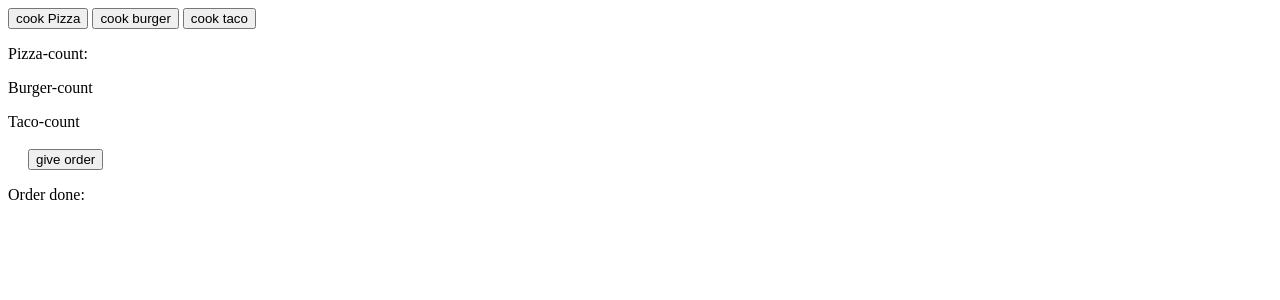
Repository: alexey100196/task-work
Page: food_class/index.html
The author's editor kept a copy of each file at every save. The page is drawn from the files as they stood at one save, then again after the next save.
The browser window is 1280 px wide. The pictures show the whole page.

Above is the page before, as saved 2019-06-10 11:00:42.

### food_class/index.html
<!DOCTYPE html>
<html lang="en">

<head>
  <meta charset="UTF-8">
  <meta name="viewport" content="width=device-width, initial-scale=1.0">
  <meta http-equiv="X-UA-Compatible" content="ie=edge">
  <title>Document</title>
  <link rel="stylesheet" href="style.css">
</head>

<body>
  <button id="cook-pizza" class="lang-btn" data='0'>
    cook Pizza
  </button>
  <button id="cook-burger" class="lang-btn" data='1'>
    cook burger
  </button>
  <button id="cook-taco" class="lang-btn" data='2'>
    cook taco
  </button>

  <p>Pizza-count: <span class="cook_count cook_count-pizza"></span></p>
  <p>Burger-count <span class="cook_count cook_count-burger"></span>
  <p>Taco-count <span class="cook_count cook_count-taco"></span> <br> <br>
      <input class="btn_order" type="button" value="give order">

      <p>Order done: <span id="orderDone"></span></p>

      <script src='script.js'></script>
</body>

</html>

### food_class/style.css
input[type=button] {
  margin-left: 20px;
}

### food_class/script.js

class Food {
    constructor(name , price, ingredients) {
      this.name = name;
      this.price = price;
      this.ingredients = ingredients;
    }
    addCount() {
      this.count++
      console.log(`${this.count}`)
    }
    orderIsReady() {
      console.log(`start cooking ${this.name}:`)
      setTimeout(() => {
        console.log(`${this.name} cooked`)
        this.count++
        console.log(`${this.name}: ${this.count}`)
      }, this.cookTime)
    }
    addPizzaCount() {
      setTimeout(() => {
        document.querySelector('.cook_count-pizza').innerHTML = this.count
      }, this.cookTime)
  }
    addBurgerCount() {
      setTimeout(() => {
        document.querySelector('.cook_count-burger').innerHTML = this.count
      }, this.cookTime)
    }
    addTacoCount() {
      setTimeout(() => {
        document.querySelector('.cook_count-taco').innerHTML = this.count
      }, this.cookTime)
  }
  giveOrder() {
    let sumCount = +document.querySelector('.cook_count-pizza').innerHTML + +document.querySelector('.cook_count-burger').innerHTML + +document.querySelector('.cook_count-taco').innerHTML;
    document.querySelector('#orderDone').innerHTML = sumCount
    setTimeout(() => {
      document.querySelector('.cook_count-pizza').innerHTML =  this.count = 0
      document.querySelector('.cook_count-burger').innerHTML =  this.count = 0
      document.querySelector('.cook_count-taco').innerHTML =  this.count = 0
    }, 100)
    console.log(sumCount)
  }
}
class Pizza extends Food {
  constructor(name , price, ingredients, count, cookTime = 1500) {
    super (name, price, ingredients,);
    this.count = count;
    this.cookTime = cookTime
  }
}
class Burger extends Food {
  constructor(name , price, ingredients, count, cookTime = 500) {
    super (name, price, ingredients);
    this.count = count;
    this.cookTime = cookTime
  }
}
class Taco extends Food {
  constructor(name , price, ingredients, count, cookTime = 1000) {
    super (name, price, ingredients);
    this.count = count;
    this.cookTime = cookTime
  }
}
let pizza = new Pizza('pizza', 14, ['mozzarella ' , 'papironi', 'lamborginy'], 0);
let burger = new Burger('Burger', 10, ['bred ' , 'cheese', 'cucumber'], 0);
let taco = new Taco('Taco', 12,  ['arr1 ' , 'arr2', 'arr3'], 0);

document.querySelector('#cook-pizza').addEventListener('click', function(){
    pizza.orderIsReady()
    pizza.addPizzaCount()
  });
document.querySelector('#cook-burger').addEventListener('click', function() {
    burger.orderIsReady()
    burger.addBurgerCount()
  })
document.querySelector('#cook-taco').addEventListener('click',  function() {
    taco.orderIsReady()
    taco.addTacoCount()
  });

let textCount = document.querySelector('.cook_count')

document.querySelector('.btn_order').addEventListener('click', function(){
    pizza.giveOrder()
    burger.giveOrder()
    taco.giveOrder()
});

var select = document.querySelector('#orderDone');
    document.addEventListener('DOMContentLoaded', function () {
        select.value = localStorage.getItem('theme') || 'default'
    })
    select.addEventListener('change', function () {
        localStorage.setItem('theme', select.value)
    })

After the next save:
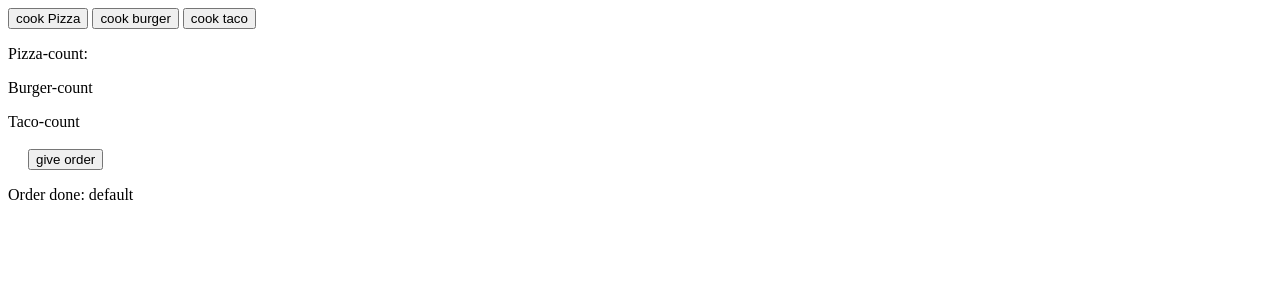
Saved 4 s later.
--- a/food_class/script.js
+++ b/food_class/script.js
@@ -91,7 +91,7 @@
 
 var select = document.querySelector('#orderDone');
     document.addEventListener('DOMContentLoaded', function () {
-        select.value = localStorage.getItem('theme') || 'default'
+      document.querySelector('#orderDone').innerHTML = localStorage.getItem('theme') || 'default'
     })
     select.addEventListener('change', function () {
         localStorage.setItem('theme', select.value)

After the save that followed:
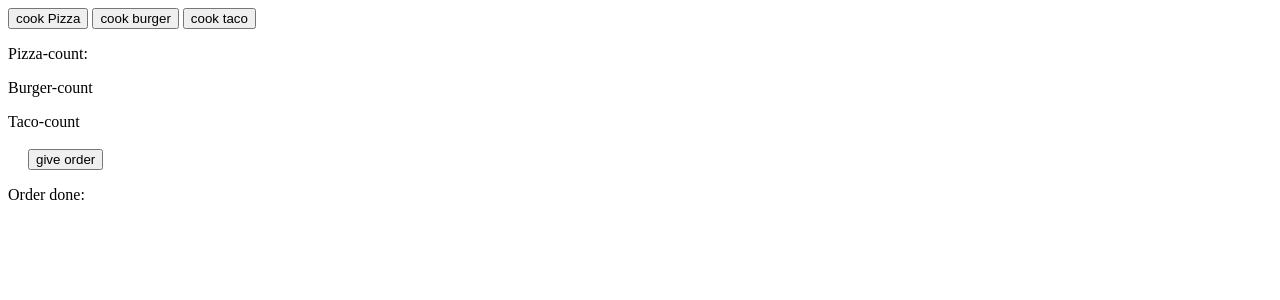
Saved 7 s later.
--- a/food_class/script.js
+++ b/food_class/script.js
@@ -91,7 +91,7 @@
 
 var select = document.querySelector('#orderDone');
     document.addEventListener('DOMContentLoaded', function () {
-      document.querySelector('#orderDone').innerHTML = localStorage.getItem('theme') || 'default'
+      document.querySelector('#orderDone').innerHTML = localStorage.getItem('theme')
     })
     select.addEventListener('change', function () {
         localStorage.setItem('theme', select.value)
